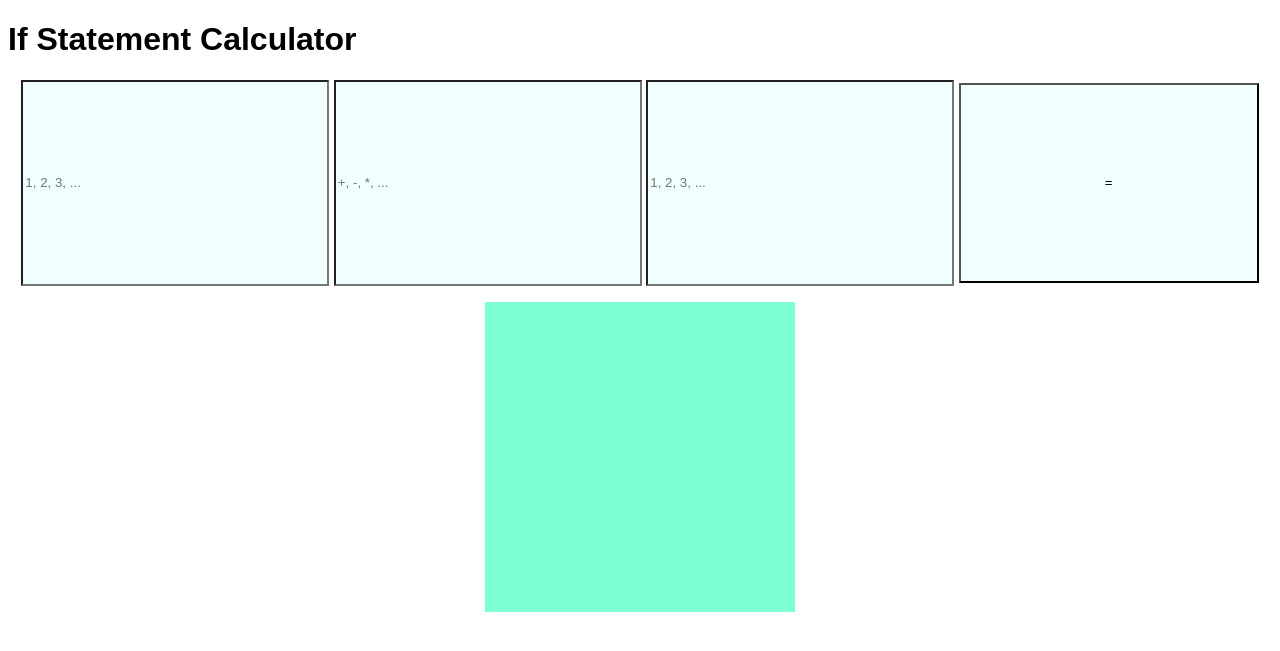
Repository: WesleyErasmus/threeInputCalculator
Page: html/if-calculator.html
An editor plug-in stored every save of this project. The page is shown before and after the next save, followed by the edit.
The browser window is 1280 px wide. The pictures show the whole page.

Above is the page before, as saved 2022-04-27 22:09:30.

After the next save:
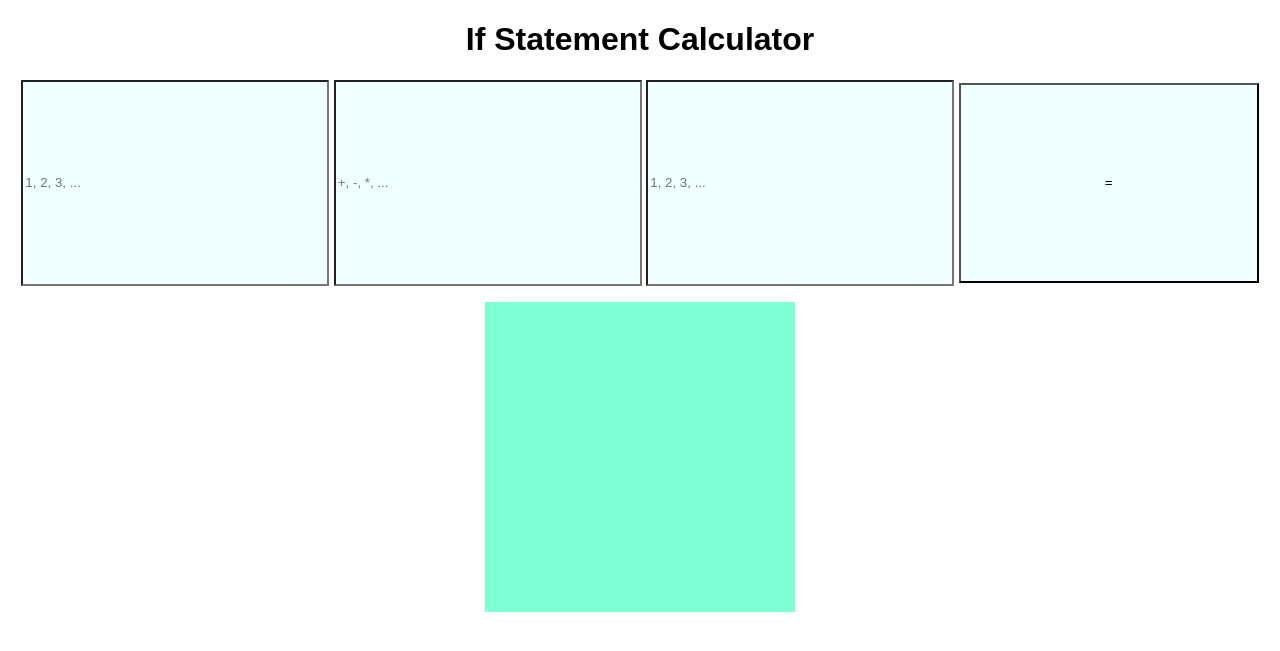
Saved 16 s later.
--- a/html/if-calculator.html
+++ b/html/if-calculator.html
@@ -10,9 +10,10 @@
 
 </head>
 <body>
-<h1>If Statement Calculator</h1>
+
 <center>
     <form onsubmit="return false;">
+        <h1>If Statement Calculator</h1>
         <!-- <div class="inputField"> -->
         <!-- <label for="input1">Enter a number</label> -->
          <input id="input1" type="text" name = "input1" placeholder="1, 2, 3, ..."> <!-- input-1 -->
